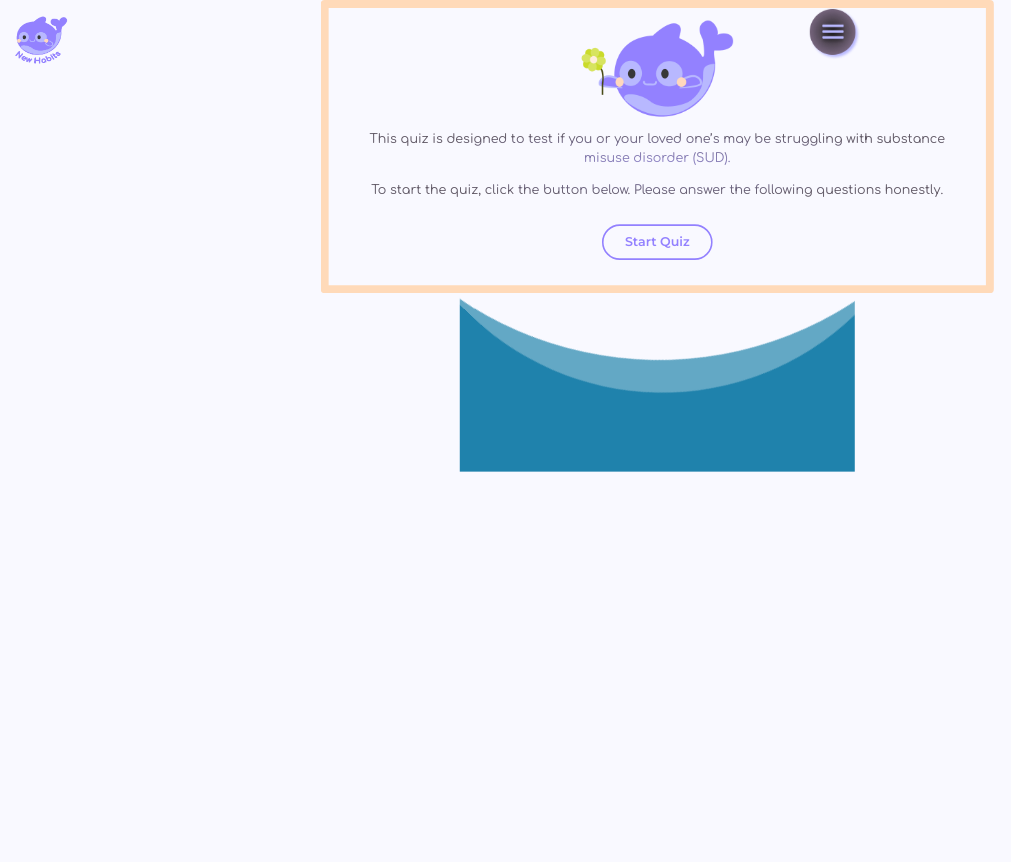
Repository: olivia-sk/MDIA-2109-2106-Big-Project
Page: /get_started5/get_started
These files come from the project's save history. The page is drawn as it stood at one moment and after the next save; the edit follows.
The browser window is 1280 px wide. The pictures show the whole page, at 79% of full size.
The project was rebuilt for these pictures with package versions that can differ from the ones it lists, and the page was loaded fresh each time. The framework's server and built-in components were replaced by stand-ins that run in the browser. Also part of the build but not shown: next.config.js.

Above is the page before, as saved 2023-05-01 12:05:28.

After the next save:
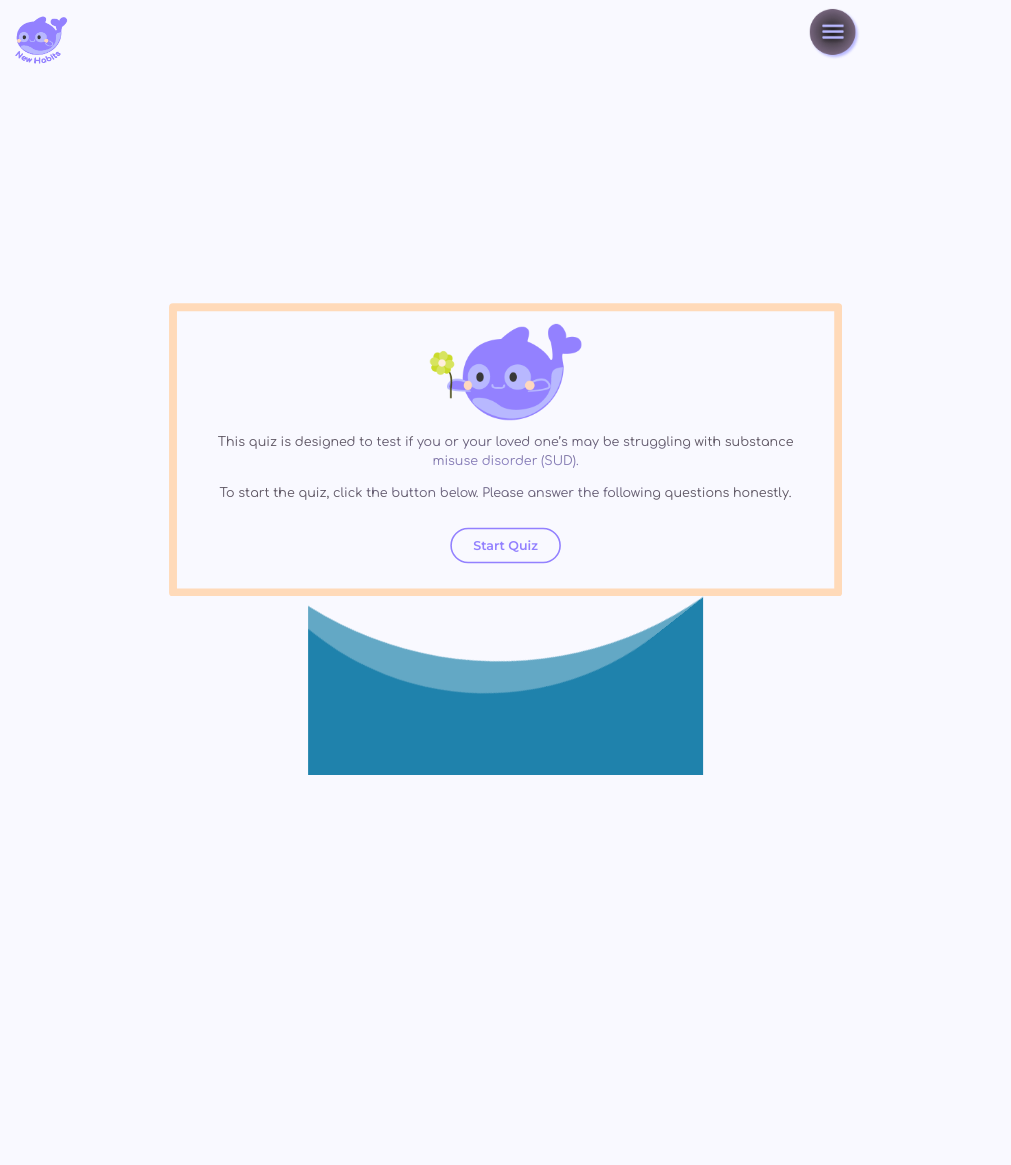
Saved 6 s later.
--- a/styles/GetStarted.module.css
+++ b/styles/GetStarted.module.css
@@ -11,7 +11,7 @@
     flex-direction: column;
     justify-content: center;
     align-items: center;
-    padding-left: 30%;
+    padding-top: 30%;
 }
 
 .title {
